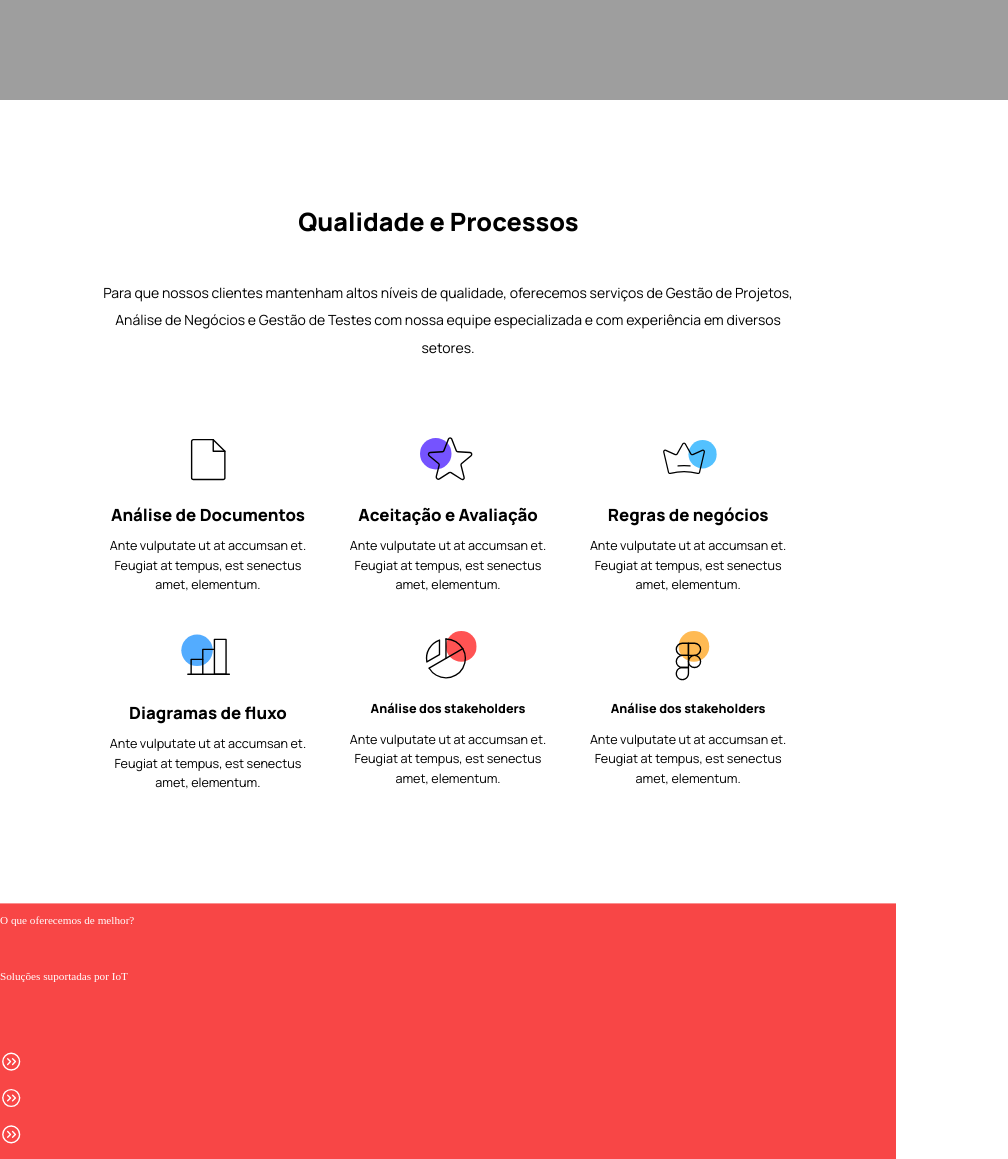
Repository: kleber-goncalves/Landing-Page-Gestao-de-projetos-dnc
Page: index.html
The author's editor kept a copy of each file at every save. The page is drawn from the files as they stood at one save, then again after the next save.
The browser window is 1280 px wide. The page is 1440 px wide, so the pictures cover 1440 px, including what lies to the right of the window. The pictures show the part of the page from y = 612 to 2332 px (the page is 2268 px tall before and 2332 px after), at 70% of full size.
Pictures or frames that could not be fetched are drawn as grey boxes.

Above is the page before, as saved 2025-01-05 01:40:31.

After the next save:
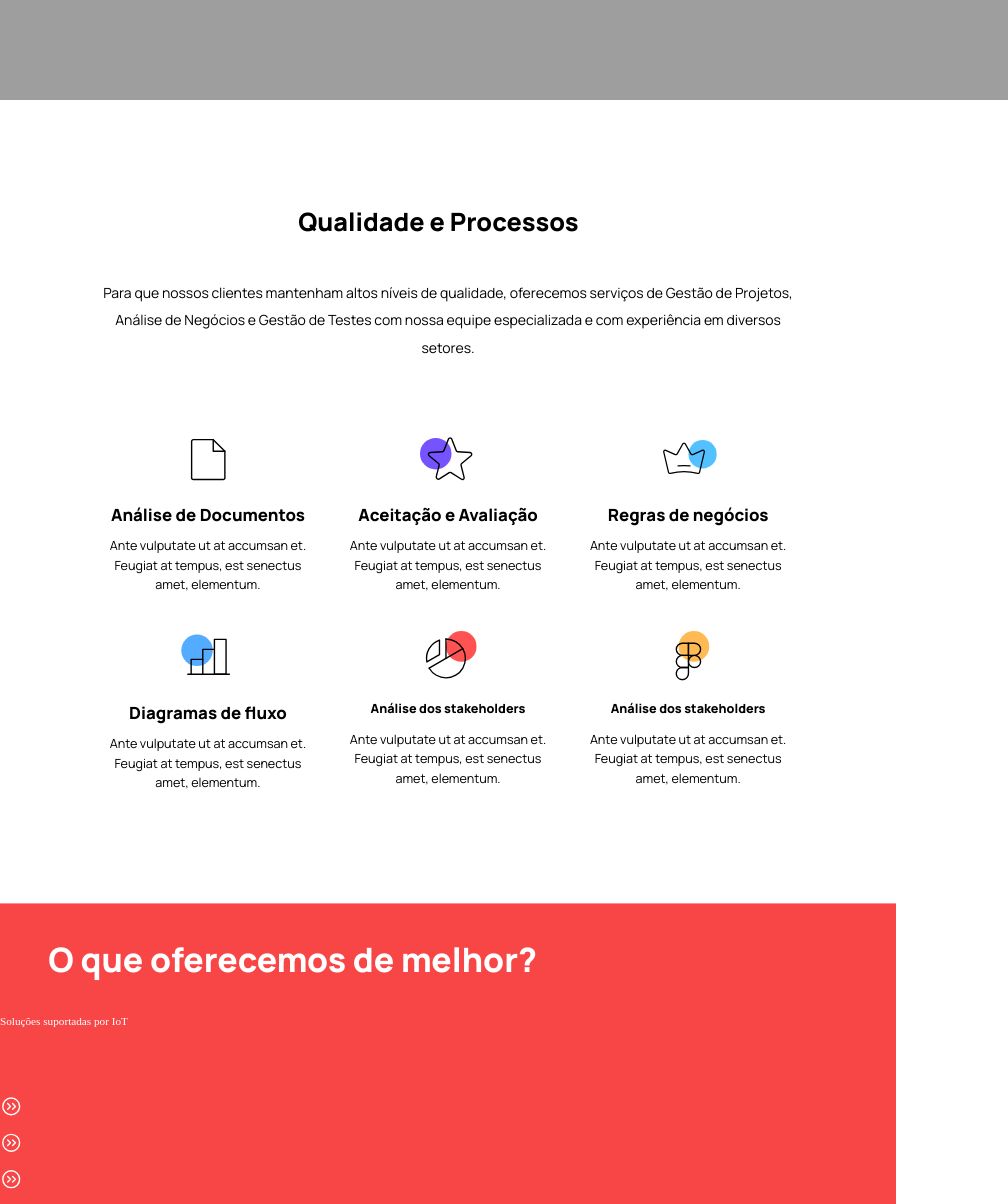
Saved 8 s later.
--- a/style.css
+++ b/style.css
@@ -149,5 +149,13 @@ body {
 #txt-meio-2 {
     width: 836px;
     height: 64px;
+    //styleName: Heading / H2;
+    font-family: Manrope;
+    font-size: 48px;
+    font-weight: 800;
+    line-height: 64px;
+    text-align: center;
+    text-underline-position: from-font;
+    text-decoration-skip-ink: none;
 
 }
